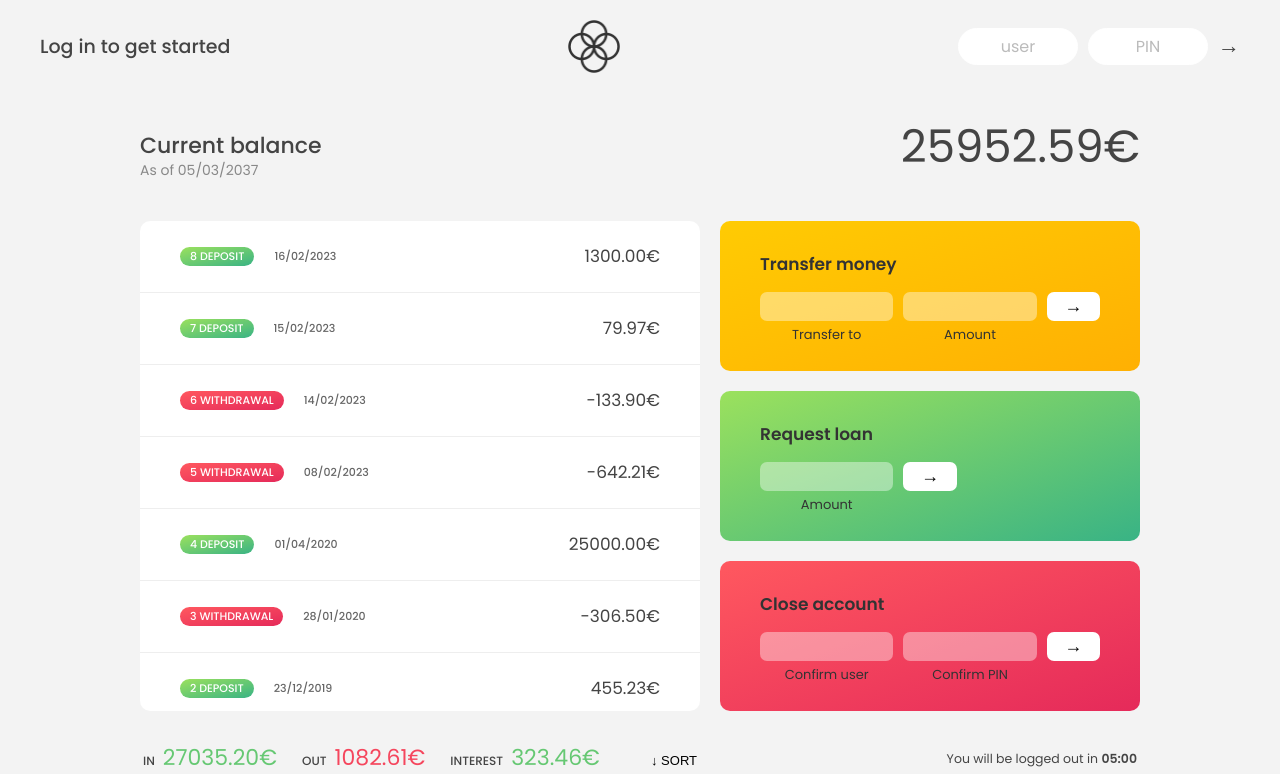
Repository: otvertka/jsc_12
Page: index.html
The author's editor kept a copy of each file at every save. The page is drawn from the files as they stood at one save, then again after the next save.
The browser window is 1280 px wide. The pictures show the whole page.
An inner scrolling area shows only its first screen.

Above is the page before, as saved 2023-02-17 14:14:29.

### index.html
<!DOCTYPE html>
<html lang="en">
  <head>
    <meta charset="UTF-8" />
    <meta name="viewport" content="width=device-width, initial-scale=1.0" />
    <meta http-equiv="X-UA-Compatible" content="ie=edge" />
    <link rel="shortcut icon" type="image/png" href="/icon.png" />

    <link
      href="https://fonts.googleapis.com/css?family=Poppins:400,500,600&display=swap"
      rel="stylesheet"
    />

    <link rel="stylesheet" href="style.css" />
    <title>Bankist</title>
  </head>
  <body>
    <!-- TOP NAVIGATION -->
    <nav>
      <p class="welcome">Log in to get started</p>
      <img src="logo.png" alt="Logo" class="logo" />
      <form class="login">
        <input
          type="text"
          placeholder="user"
          class="login__input login__input--user"
        />
        <!-- In practice, use type="password" -->
        <input
          type="text"
          placeholder="PIN"
          maxlength="4"
          class="login__input login__input--pin"
        />
        <button class="login__btn">&rarr;</button>
      </form>
    </nav>

    <main class="app">
      <!-- BALANCE -->
      <div class="balance">
        <div>
          <p class="balance__label">Current balance</p>
          <p class="balance__date">
            As of <span class="date">05/03/2037</span>
          </p>
        </div>
        <p class="balance__value">0000€</p>
      </div>

      <!-- MOVEMENTS -->
      <div class="movements">
        <div class="movements__row">
          <div class="movements__type movements__type--deposit">2 deposit</div>
          <div class="movements__date">3 days ago</div>
          <div class="movements__value">4 000€</div>
        </div>
        <div class="movements__row">
          <div class="movements__type movements__type--withdrawal">
            1 withdrawal
          </div>
          <div class="movements__date">24/01/2037</div>
          <div class="movements__value">-378€</div>
        </div>
      </div>

      <!-- SUMMARY -->
      <div class="summary">
        <p class="summary__label">In</p>
        <p class="summary__value summary__value--in">0000€</p>
        <p class="summary__label">Out</p>
        <p class="summary__value summary__value--out">0000€</p>
        <p class="summary__label">Interest</p>
        <p class="summary__value summary__value--interest">0000€</p>
        <button class="btn--sort">&downarrow; SORT</button>
      </div>

      <!-- OPERATION: TRANSFERS -->
      <div class="operation operation--transfer">
        <h2>Transfer money</h2>
        <form class="form form--transfer">
          <input type="text" class="form__input form__input--to" />
          <input type="number" class="form__input form__input--amount" />
          <button class="form__btn form__btn--transfer">&rarr;</button>
          <label class="form__label">Transfer to</label>
          <label class="form__label">Amount</label>
        </form>
      </div>

      <!-- OPERATION: LOAN -->
      <div class="operation operation--loan">
        <h2>Request loan</h2>
        <form class="form form--loan">
          <input type="number" class="form__input form__input--loan-amount" />
          <button class="form__btn form__btn--loan">&rarr;</button>
          <label class="form__label form__label--loan">Amount</label>
        </form>
      </div>

      <!-- OPERATION: CLOSE -->
      <div class="operation operation--close">
        <h2>Close account</h2>
        <form class="form form--close">
          <input type="text" class="form__input form__input--user" />
          <input
            type="password"
            maxlength="6"
            class="form__input form__input--pin"
          />
          <button class="form__btn form__btn--close">&rarr;</button>
          <label class="form__label">Confirm user</label>
          <label class="form__label">Confirm PIN</label>
        </form>
      </div>

      <!-- LOGOUT TIMER -->
      <p class="logout-timer">
        You will be logged out in <span class="timer">05:00</span>
      </p>
    </main>

    <!-- <footer>
      &copy; by Jonas Schmedtmann. Don't claim as your own :)
    </footer> -->

    <script src="script.js"></script>
  </body>
</html>

### script.js
'use strict';

/////////////////////////////////////////////////
/////////////////////////////////////////////////
// BANKIST APP

/////////////////////////////////////////////////
// Data

// DIFFERENT DATA! Contains movement dates, currency and locale

const account1 = {
  owner: 'Jonas Schmedtmann',
  movements: [200, 455.23, -306.5, 25000, -642.21, -133.9, 79.97, 1300],
  interestRate: 1.2, // %
  pin: 1111,

  movementsDates: [
    '2019-11-18T21:31:17.178Z',
    '2019-12-23T07:42:02.383Z',
    '2020-01-28T09:15:04.904Z',
    '2020-04-01T10:17:24.185Z',
    '2023-02-08T14:11:59.604Z',
    '2023-02-14T17:01:17.194Z',
    '2023-02-15T23:36:17.929Z',
    '2023-02-16T10:51:36.790Z',
  ],
  currency: 'EUR',
  locale: 'pt-PT', // de-DE
};

const account2 = {
  owner: 'Jessica Davis',
  movements: [5000, 3400, -150, -790, -3210, -1000, 8500, -30],
  interestRate: 1.5,
  pin: 2222,

  movementsDates: [
    '2019-11-01T13:15:33.035Z',
    '2019-11-30T09:48:16.867Z',
    '2019-12-25T06:04:23.907Z',
    '2020-01-25T14:18:46.235Z',
    '2020-02-05T16:33:06.386Z',
    '2020-04-10T14:43:26.374Z',
    '2020-06-25T18:49:59.371Z',
    '2020-07-26T12:01:20.894Z',
  ],
  currency: 'USD',
  locale: 'en-US',
};

const accounts = [account1, account2];

/////////////////////////////////////////////////
// Elements
const labelWelcome = document.querySelector('.welcome');
const labelDate = document.querySelector('.date');
const labelBalance = document.querySelector('.balance__value');
const labelSumIn = document.querySelector('.summary__value--in');
const labelSumOut = document.querySelector('.summary__value--out');
const labelSumInterest = document.querySelector('.summary__value--interest');
const labelTimer = document.querySelector('.timer');

const containerApp = document.querySelector('.app');
const containerMovements = document.querySelector('.movements');

const btnLogin = document.querySelector('.login__btn');
const btnTransfer = document.querySelector('.form__btn--transfer');
const btnLoan = document.querySelector('.form__btn--loan');
const btnClose = document.querySelector('.form__btn--close');
const btnSort = document.querySelector('.btn--sort');

const inputLoginUsername = document.querySelector('.login__input--user');
const inputLoginPin = document.querySelector('.login__input--pin');
const inputTransferTo = document.querySelector('.form__input--to');
const inputTransferAmount = document.querySelector('.form__input--amount');
const inputLoanAmount = document.querySelector('.form__input--loan-amount');
const inputCloseUsername = document.querySelector('.form__input--user');
const inputClosePin = document.querySelector('.form__input--pin');

/////////////////////////////////////////////////
// Functions
const formatMovementDate = function (date, locale) {
  const calcDaysPassed = (date1, date2) =>
    Math.round(Math.abs(date2 - date1) / (1000 * 60 * 60 * 24));

  const daysPassed = calcDaysPassed(new Date(), date);
  console.log(daysPassed);

  if (daysPassed === 0) return 'Today';
  if (daysPassed === 1) return 'Yesterday';
  if (daysPassed <= 7) return `${daysPassed} days ago`;

  // const now = new Date();
  // const day = `${date.getDate()}`.padStart(2, 0); // дата начинается с 01 (2 - колич. цифр, 0 - начало отсчёта)
  // const month = `${date.getMonth() + 1}`.padStart(2, 0); // месяц начинается с 01 (2 - колич. цифр, 0 - начало отсчёта)
  // const year = date.getFullYear();

  // return `${day}/${month}/${year}`;
  return new Intl.DateTimeFormat(locale).format(date);
};

const displayMovements = function (acc, sort = false) {
  containerMovements.innerHTML = '';

  const movs = sort
    ? acc.movements.slice().sort((a, b) => a - b)
    : acc.movements;

  movs.forEach(function (mov, i) {
    const type = mov > 0 ? 'deposit' : 'withdrawal';

    const date = new Date(acc.movementsDates[i]);
    const displayDate = formatMovementDate(date, acc.locale);

    const formattedMov = new Intl.NumberFormat(acc.locale, {
      style: 'currency',
      currency: 'USD',
    });

    const html = `
      <div class="movements__row">
        <div class="movements__type movements__type--${type}">${
      i + 1
    } ${type}</div>
        <div class="movements__date">${displayDate}</div>
        <div class="movements__value">${mov.toFixed(2)}€</div>
      </div>
    `;

    containerMovements.insertAdjacentHTML('afterbegin', html);
  });
};

const calcDisplayBalance = function (acc) {
  acc.balance = acc.movements.reduce((acc, mov) => acc + mov, 0);
  labelBalance.textContent = `${acc.balance.toFixed(2)}€`;
};

const calcDisplaySummary = function (acc) {
  const incomes = acc.movements
    .filter(mov => mov > 0)
    .reduce((acc, mov) => acc + mov, 0);
  labelSumIn.textContent = `${incomes.toFixed(2)}€`;

  const out = acc.movements
    .filter(mov => mov < 0)
    .reduce((acc, mov) => acc + mov, 0);
  labelSumOut.textContent = `${Math.abs(out).toFixed(2)}€`;

  const interest = acc.movements
    .filter(mov => mov > 0)
    .map(deposit => (deposit * acc.interestRate) / 100)
    .filter((int, i, arr) => {
      // console.log(arr);
      return int >= 1;
    })
    .reduce((acc, int) => acc + int, 0);
  labelSumInterest.textContent = `${interest.toFixed(2)}€`;
};

const createUsernames = function (accs) {
  accs.forEach(function (acc) {
    acc.username = acc.owner
      .toLowerCase()
      .split(' ')
      .map(name => name[0])
      .join('');
  });
};
createUsernames(accounts);

const updateUI = function (acc) {
  // Display movements
  displayMovements(acc);

  // Display balance
  calcDisplayBalance(acc);

  // Display summary
  calcDisplaySummary(acc);
};

///////////////////////////////////////
// Event handlers
let currentAccount;

// FAKE ALWAYS LOGGED IN
currentAccount = account1;
updateUI(currentAccount);
containerApp.style.opacity = 100;

btnLogin.addEventListener('click', function (e) {
  // Prevent form from submitting
  e.preventDefault();

  currentAccount = accounts.find(
    acc => acc.username === inputLoginUsername.value
  );
  console.log(currentAccount);

  if (currentAccount?.pin === +inputLoginPin.value) {
    // Display UI and message
    labelWelcome.textContent = `Welcome back, ${
      currentAccount.owner.split(' ')[0]
    }`;
    containerApp.style.opacity = 100;

    // Create current date and time
    const now = new Date();
    const options = {
      hour: 'numeric',
      minute: 'numeric',
      day: 'numeric',
      month: 'numeric',
      year: 'numeric',
      // weekday: 'long',
    };
    // Experimenting API

    // const locale = navigator.language; // считывает язык браузера пользователя
    // console.log(locale);

    labelDate.textContent = new Intl.DateTimeFormat(
      currentAccount.locale,
      options
    ).format(now); // ПЕреводим в формат страны
    // const day = `${now.getDate()}`.padStart(2, 0); // дата начинается с 01 (2 - колич. цифр, 0 - начало отсчёта)
    // const month = `${now.getMonth() + 1}`.padStart(2, 0); // месяц начинается с 01 (2 - колич. цифр, 0 - начало отсчёта)
    // const year = now.getFullYear();
    // const hour = `${now.getHours()}`.padStart(2, 0);
    // const min = `${now.getMinutes()}`.padStart(2, 0);
    // labelDate.textContent = `${day}/${month}/${year}, ${hour}: ${min}`;
    // day/month/year

    // Clear input fields
    inputLoginUsername.value = inputLoginPin.value = '';
    inputLoginPin.blur();

    // Update UI
    updateUI(currentAccount);
  }
});

btnTransfer.addEventListener('click', function (e) {
  e.preventDefault();
  const amount = +inputTransferAmount.value;
  const receiverAcc = accounts.find(
    acc => acc.username === inputTransferTo.value
  );
  inputTransferAmount.value = inputTransferTo.value = '';

  if (
    amount > 0 &&
    receiverAcc &&
    currentAccount.balance >= amount &&
    receiverAcc?.username !== currentAccount.username
  ) {
    // Doing the transfer
    currentAccount.movements.push(-amount);
    receiverAcc.movements.push(amount);

    // Add transfer date
    currentAccount.movementsDates.push(new Date().toISOString()); // добавляем текущую дату в поле транзакций
    receiverAcc.movementsDates.push(new Date().toISOString()); // добавляем текущую дату в поле транзакций

    // Update UI
    updateUI(currentAccount);
  }
});

btnLoan.addEventListener('click', function (e) {
  e.preventDefault();

  const amount = Math.floor(inputLoanAmount.value);

  if (amount > 0 && currentAccount.movements.some(mov => mov >= amount * 0.1)) {
    // Add movement
    currentAccount.movements.push(amount);

    //  добавляем текущую дату в поле кредитов
    currentAccount.movementsDates.push(new Date().toISOString()); // добавляем текущую дату в поле транзакций

    // Update UI
    updateUI(currentAccount);
  }
  inputLoanAmount.value = '';
});

btnClose.addEventListener('click', function (e) {
  e.preventDefault();

  if (
    inputCloseUsername.value === currentAccount.username &&
    +inputClosePin.value === currentAccount.pin
  ) {
    const index = accounts.findIndex(
      acc => acc.username === currentAccount.username
    );
    console.log(index);
    // .indexOf(23)

    // Delete account
    accounts.splice(index, 1);

    // Hide UI
    containerApp.style.opacity = 0;
  }

  inputCloseUsername.value = inputClosePin.value = '';
});

let sorted = false;
btnSort.addEventListener('click', function (e) {
  e.preventDefault();
  displayMovements(currentAccount.movements, !sorted);
  sorted = !sorted;
});

/////////////////////////////////////////////////
/////////////////////////////////////////////////
// LECTURES #1 Converting and Checking Numbers

console.log(23 === 23.0); // true
// Base 10 - 0 to 9
// Binary base 2 - 0 1
console.log(0.1 + 0.2); // 0.30000000000000004
console.log(0.1 + 0.2 === 0.3); // false

console.log(Number('23')); // 23
console.log(+'23'); // 23

// Parsing   Метод Number.parseInt() разбирает строковый аргумент и возвращает целое число. Этот метод ведёт себя идентично глобальной функции parseInt() и является частью ECMAScript 6 (его целью является модуляризация глобальных сущностей).
console.log(Number.parseInt('30px')); //30
// Метод Number.parseFloat() разбирает строковый аргумент и возвращает число с плавающей запятой.
console.log(Number.parseInt(' 2.5rem')); // 2
console.log(Number.parseFloat(' 2.5rem')); // 2.5

// console.log(parseFloat(' 2.5rem')); // 2.5

// Метод Number.isNaN() определяет, является ли переданное значение NaN. Это более надёжная версия оригинальной глобальной функции isNaN().
// Проверка, на значение is NaN
console.log(Number.isNaN(20)); // false
console.log(Number.isNaN('20')); // false
console.log(Number.isNaN(+'20X')); // true
console.log(Number.isNaN(23 / 0)); // Infinity// false

// Метод Number.isFinite() определяет, является ли переданное значение конечным числом.
// Проверка, это число или нет
console.log(Number.isFinite(20)); // true
console.log(Number.isFinite('20')); // false , т.к. это строка
console.log(Number.isFinite(+'20X')); // false
console.log(Number.isFinite(23 / 0)); // false ,  т.к. это Infinity

// Метод Number.isInteger() определяет, является ли переданное значение целым числом.
console.log(Number.isInteger(23)); // true
console.log(Number.isInteger(23.0)); // true
console.log(Number.isInteger(23 / 0)); // Infinity// false

/// LECT Math and Rounding
console.log(Math.sqrt(25)); // 5
console.log(25 ** (1 / 2)); // 5
console.log(8 ** (1 / 3)); // 2  кубический корень из 8 = 2

console.log(Math.max(5, 18, 23, 11, 2)); // 23
console.log(Math.max(5, 18, '23', 11, 2)); // 23
console.log(Math.max(5, 18, '23px', 11, 2)); // NaN

console.log(Math.min(5, 18, 23, 11, 2)); // 2

console.log(Math.PI * Number.parseFloat('10px') ** 2); // 314.1592653589793 . Считаем площадь круга, радиусом 10px

console.log(Math.trunc(Math.random() * 6) + 1); // Сгенерировать произвольные числа от 1- 5
// Функция генерирования случайных чисел в диапазоне мин - макс
const randomInt = (min, max) =>
  Math.floor(Math.random() * (max - min) + 1) + min;
// 0...1 -> 0...(max - min) -> min... max
console.log(randomInt(-10, 20));

// Округление целых чисел
console.log(Math.trunc(23)); // 23

console.log(Math.round(23.3)); // 23
console.log(Math.round(23.9)); // 24

console.log(Math.ceil(23.3)); // 24
console.log(Math.ceil(23.9)); // 24

console.log(Math.floor(23.3)); // 23
console.log(Math.floor('23.9')); // 23

console.log(Math.trunc(-23.3)); // - 23
console.log(Math.floor(-23.3)); // -24

// Округление десятичных чисел
console.log((2.7).toFixed(0)); // 3 возвращает СТРОКУ 3
console.log((2.7).toFixed(3)); // 2.700 возвращает СТРОКУ 3
console.log((2.345).toFixed(2)); // 2.35 возвращает СТРОКУ
console.log(+(2.345).toFixed(2)); // 2.35 возвращает ЧИСЛО

// LECT The Remainder Operator. Остаток от деления
console.log(5 % 2); // 1
console.log(8 % 3); // 2

console.log(6 % 2); // 0

const isEven = n => n % 2 === 0;
console.log(isEven(8)); // true
console.log(isEven(23)); // false
console.log(isEven(514)); // true

labelBalance.addEventListener('click', function () {
  [...document.querySelectorAll('.movements__row')].forEach(function (row, i) {
    // 0 , 2, 4, 6
    if (i % 2 === 0) row.style.backgroundColor = ' orangered'; //
    // 0, 3, 6, 9
    if (i % 3 === 0) row.style.backgroundColor = ' blue';
  });
});

// LECT . Numeric Separators . числовые разделители
// 287,460,000,000
// const diametr = 287_460_000_000;
// console.log(diametr); // 287460000000

// const priceCents = 345_99;
// console.log(priceCents); // 34599

// const transferFee1 = 15_00;
// const transferFee2 = 1_500;

// const PI = 3.1415;
// console.log(PI); /// 3.1415

// console.log(Number('230_000')); // NaN
// console.log(parseInt('230_000')); // 230

// //  LECT . Working with BigInt. BigInt – это специальный числовой тип, который предоставляет возможность работать с целыми числами произвольной длины. Чтобы создать значение типа BigInt, необходимо добавить n в конец числового литерала или вызвать функцию BigInt, которая создаст число типа BigInt из переданного аргумента. Аргументом может быть число, строка и др.
// console.log(2 ** 53 - 1); // 9007199254740991
// console.log(Number.MAX_SAFE_INTEGER); // 9007199254740991
// console.log(2 ** 53 + 1); // 9007199254740992
// console.log(2 ** 53 + 2); // 9007199254740994
// console.log(2 ** 53 + 3); // 9007199254740996
// console.log(2 ** 53 + 4); // 9007199254740996

// console.log(4932423432434234234234234234324234234234n);
// console.log(BigInt(49324));

// // Operations
// console.log(10000n + 10000n); // 20000n
// console.log(365435435345345435345345345435345n * 10000000n); // 3654354353453454353453453454353450000000n

// // const huge = 20289830233434343434n;
// // // const num = 23;
// // // console.log(huge * num); // Ошибка. т.к. нельзя смешивать BigInt  другими типами
// // console.log(huge * BigInt(num)); // После конвертации будет работать 466666095368989898982n

// // Исключения
// console.log(20n > 15); // true
// console.log(20n === 20); // false , т.к. разные типы
// console.log(typeof 20n); // bigint
// console.log(20n == '20'); // true

// //
// console.log(huge + ' is REALLY big !! ');

// // Divisions.
// console.log(11n / 3n); // 3n
// console.log(10 / 3); // 3.3333333333333335

// LECT Creating Dates
// Create a date
// const now = new Date();
// console.log(now);

// console.log(new Date('Thu Feb 16 2023 15:12:06'));
// console.log(new Date('December 24, 2015'));
// console.log(new Date(account1.movementsDates[0]));

// console.log(new Date(2037, 10, 19, 15, 23, 5));
// console.log(new Date(2037, 10, 31)); // Tue Dec 01 , а не ноябрь

// console.log(new Date(0)); // Thu Jan 01 1970 03:00:00
// console.log(new Date(3 * 24 * 60 * 60 * 1000)); // Sun Jan 04 1970 03:00:00

// Working with Dates
// const future = new Date(2037, 10, 19, 15, 23, 5);
// console.log(future);
// console.log(future.getFullYear()); // 2037
// console.log(future.getMonth()); // 10
// console.log(future.getDay()); // 4
// console.log(future.getHours()); // 15
// console.log(future.getMinutes()); // 23
// console.log(future.getSeconds()); // 5
// console.log(future.toISOString()); // 2037-11-19T13:23:05.000Z
// console.log(future.getTime());

// console.log(new Date(2142249785000)); // Thu Nov 19 2037 15:23:05 GMT+0200 (Восточная Европа, стандартное время)

// console.log(Date.now()); // 1676554023559

// future.setFullYear(2040);
// console.log(future); // Mon Nov 19 2040 15:23:05 GMT+0200 (Восточная Европа, стандартное время)

// LECT Operations With Dates
const future = new Date(2037, 10, 19, 15, 23, 5);
console.log(+future);

const cacDaysPassed = (date1, date2) =>
  Math.abs(date2 - date1) / (1000 * 60 * 60 * 24);

const days1 = cacDaysPassed(new Date(2037, 3, 4), new Date(2037, 3, 14));
console.log(days1);

// LECT Internationalizing Numbers (Intl)
const num = 38847423.23;
const options = {
  style: 'currency',
  unit: 'celsius',
  currency: 'EUR',
  // useGrouping: false, // убирает разделители в цифре
};
console.log('US:     ', new Intl.NumberFormat('en-US', options).format(num)); // US:      38,847,423.23
console.log(
  'Germany:     ',
  new Intl.NumberFormat('de-DE', options).format(num)
); //  Germany:      38.847.423,23
console.log('Syria:     ', new Intl.NumberFormat('ar-SY', options).format(num)); //  Syria:      ٣٨٬٨٤٧٬٤٢٣٫٢٣
console.log(
  navigator.language,
  new Intl.NumberFormat(navigator.language).format(num)
); // ru 38 847 423,23

Loaded but not shown: style.css (297 lines, source omitted)

After the next save:
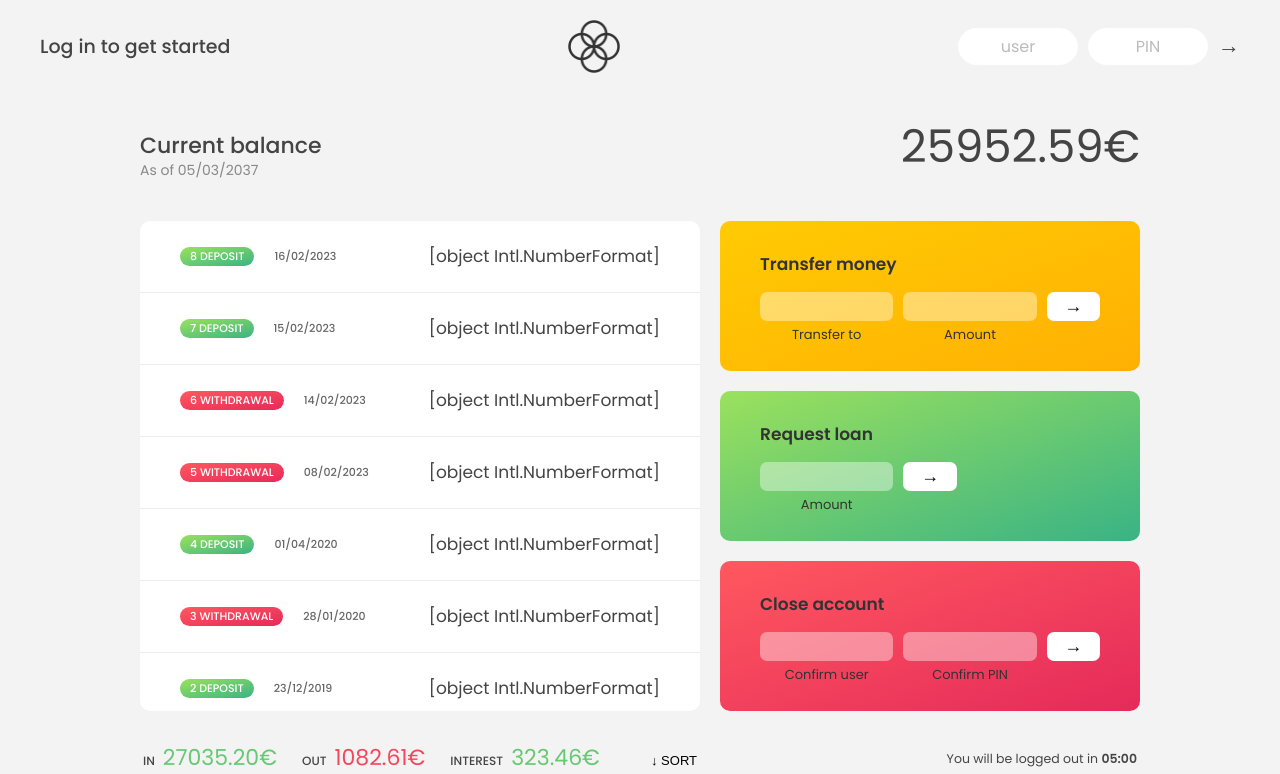
Saved 33 s later.
--- a/script.js
+++ b/script.js
@@ -124,7 +124,7 @@ const displayMovements = function (acc, sort = false) {
       i + 1
     } ${type}</div>
         <div class="movements__date">${displayDate}</div>
-        <div class="movements__value">${mov.toFixed(2)}€</div>
+        <div class="movements__value">${formattedMov}</div>
       </div>
     `;
 
